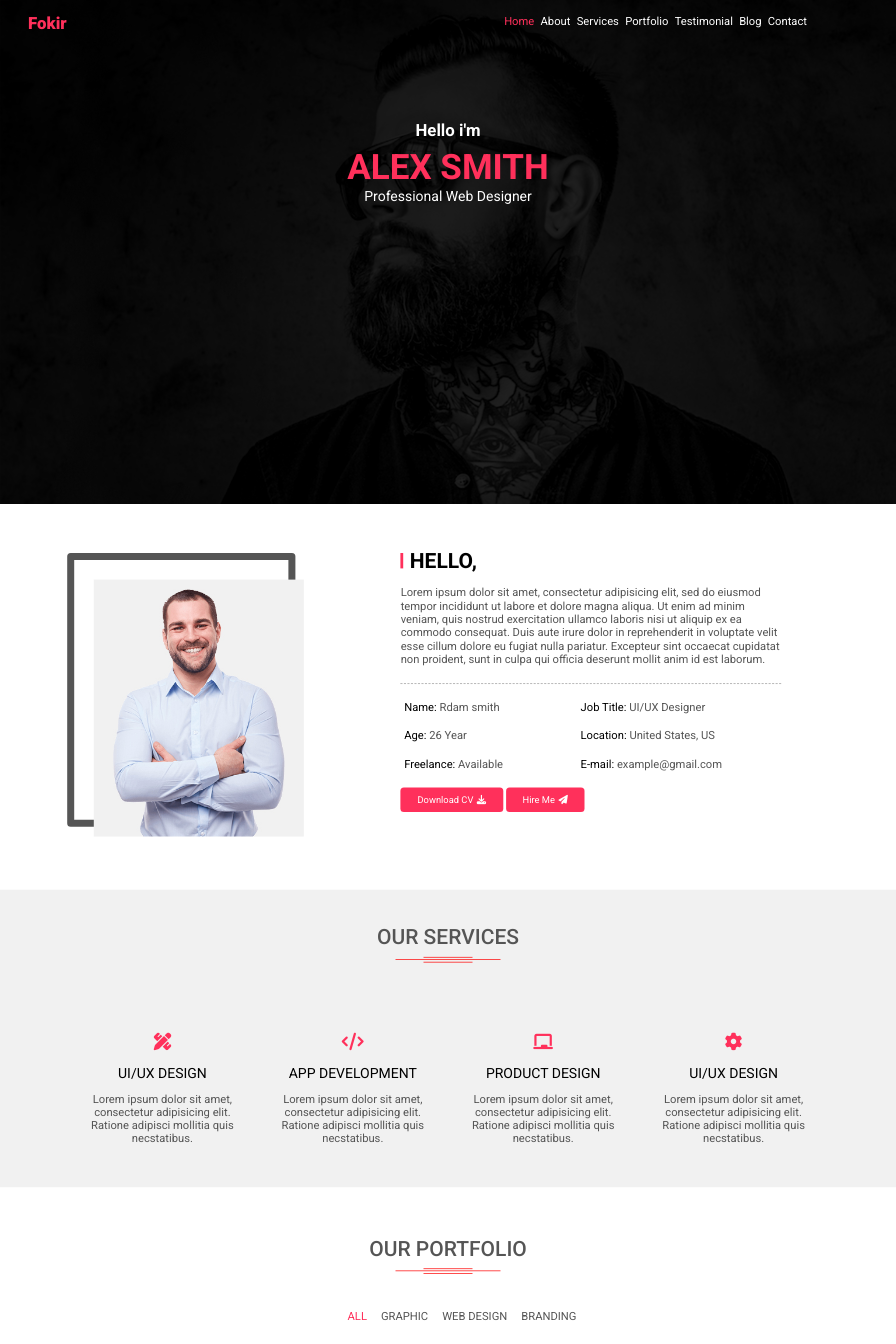
Repository: ahmedgouda5/Fokir
Page: index.html
The author's editor kept a copy of each file at every save. The page is drawn from the files as they stood at one save, then again after the next save.
The browser window is 1280 px wide. The pictures show the part of the page from y = 0 to 1920 px (the page is 4200 px tall), at 70% of full size.

Above is the page before, as saved 2024-06-24 00:17:42.

After the next save:
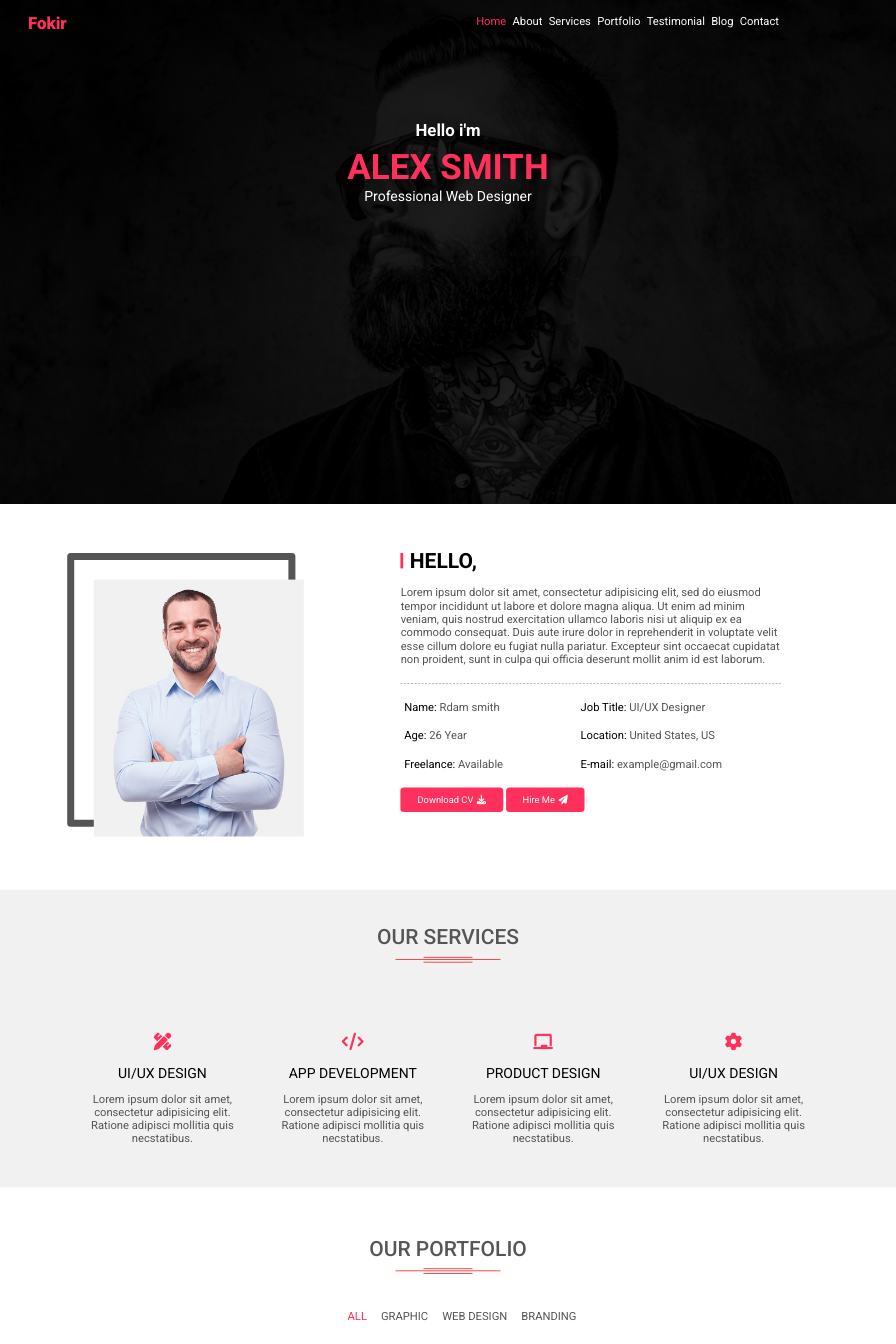
Saved 24 s later.
--- a/css/style.css
+++ b/css/style.css
@@ -92,7 +92,7 @@ ul {
 
 .header .navbar {
    float: left;
-   margin-left: 590px;
+   margin-left: 550px;
    transform: translate(30px, 20px);
 }
 
